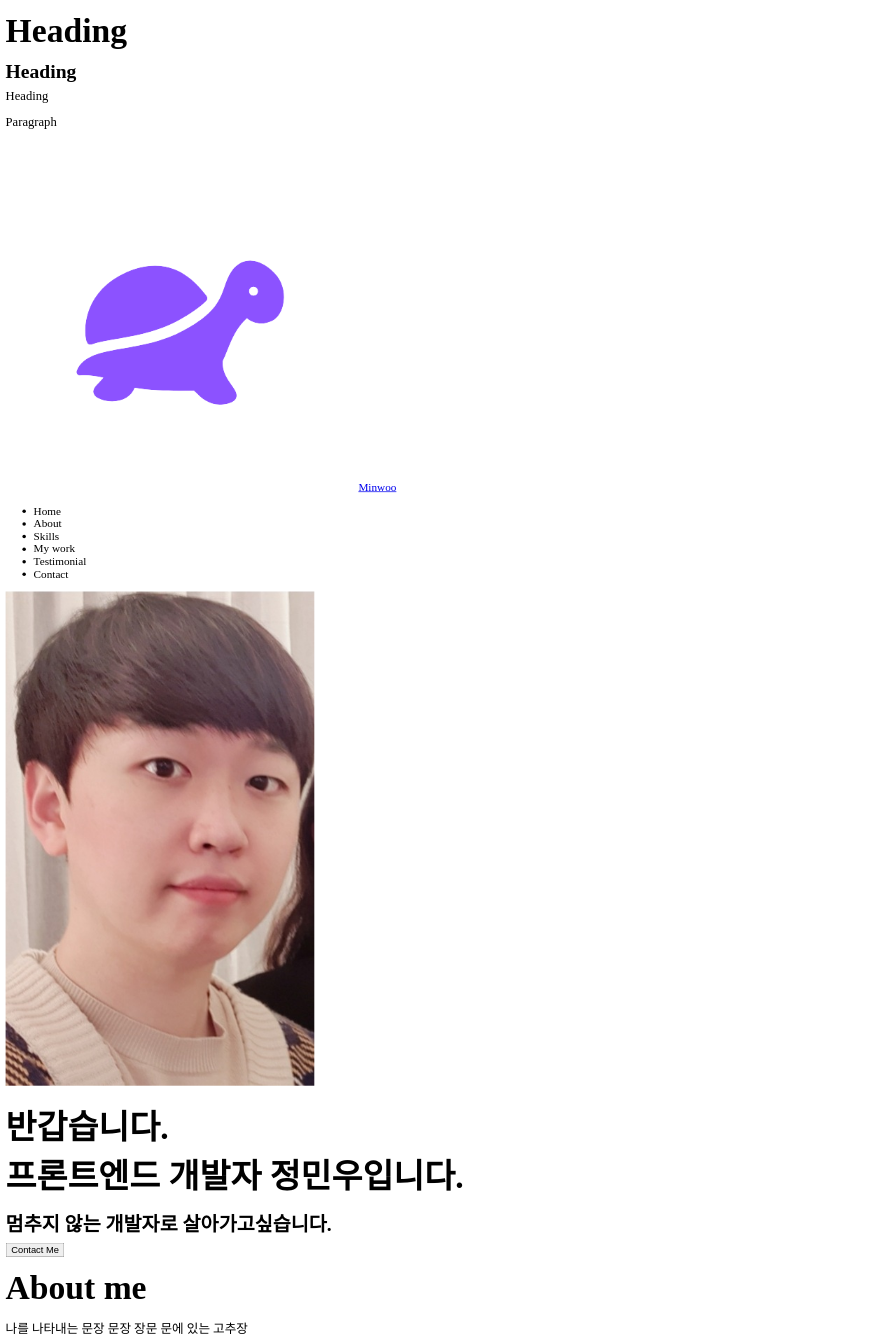
Repository: DevMinwoo-Jung/MinwooPortfolio
Page: index.html
An editor plug-in stored every save of this project. The page is shown before and after the next save, followed by the edit.
The browser window is 1280 px wide. The pictures show the part of the page from y = 0 to 1920 px (the page is 7248 px tall before and 7108 px after), at 70% of full size.

Above is the page before, as saved 2021-05-31 13:50:54.

### index.html
<!DOCTYPE html>
<html lang="en">
<head>
  <meta charset="UTF-8">
  <meta http-equiv="X-UA-Compatible" content="IE=edge">
  <meta name="viewport" content="width=device-width, initial-scale=1.0">
  <title>Minwoo's Portfolio</title>
  <meta name="description" content="(will be) world-renowned Front-End Web developer Minwoo">
  <meta name="author" content= "Minwoo Jung">
  <link rel="icon" type ="image/png" href="imgs/favicon.png">
  <link rel="stylesheet" href="https://use.fontawesome.com/releases/v5.15.3/css/all.css" integrity="sha384-SZXxX4whJ79/gErwcOYf+zWLeJdY/qpuqC4cAa9rOGUstPomtqpuNWT9wdPEn2fk" crossorigin="anonymous">
  <link rel="preconnect" href="https://fonts.gstatic.com">
<link href="https://fonts.googleapis.com/css2?family=Open+Sans:wght@400;600;700&display=swap" rel="stylesheet">
<link rel="stylesheet" href="style.css">
<script src="main.js" defer></script>
</head>
<body>
  <h1>Heading</h1>
  <h2>Heading</h2>
  <h3>Heading</h3>
  <p>Paragraph</p>
  <!-- Navbar -->
  <nav id="navbar">
    <div class="navbar__logo">
      <img src="imgs/favicon.png" alt="">
      <a href="#">Minwoo</a>
    </div>
      <ul class="nvabar__menu">
        <li class="navbar__menu__item">Home</li>
        <li class="navbar__menu__item">About</li>
        <li class="navbar__menu__item">Skills</li>
        <li class="navbar__menu__item">My work</li>
        <li class="navbar__menu__item">Testimonial</li>
        <li class="navbar__menu__item">Contact</li>
      </ul>
  </nav>
  <!-- Home -->
  <section id="home">
    <img src="imgs/myPhoto.jpg" alt="Minwoo's profile photo" class="home__avatar">
    <h1 class="home__title">반갑습니다. <br> 프론트엔드 개발자 정민우입니다.</h1>
    <h2 class="home__description">멈추지 않는 개발자로 살아가고싶습니다.</h2>
    <button class="home__contact">Contact Me</button>
  </section>
  <!-- About -->
  <section id="about">
    <h1>About me</h1>
    <p>나를 나타내는 문장 문장 장문 문에 있는 고추장</p>
    <div class="about__majors">
      <div class="major">
        <div class="major__icon">
          <i class="fab fa-js-square"></i>
        </div>
        <div class="major__title">Front-End</div>
        <div class="major__description">
          HTML, CSS, JavaScript, TypeScript
        </div>
      </div>
      <div class="major">
        <div class="major__icon">
          <i class="fab fa-node"></i>
        </div>
        <div class="major__title">Back-End</div>
        <div class="major__description">
          HTML, CSS, JavaScript, TypeScript
        </div>
      </div>
      <div class="major">
        <div class="major__icon">
          <i class="fab fa-react"></i>
        </div>
        <div class="major__title">Framework</div>
        <div class="major__description">
          HTML, CSS, JavaScript, TypeScript
        </div>
      </div>
    </div>
    <div class="aoubt__jobs">
      <img src="imgs/school.png" alt="" class="job__logo">
      <p class="job__period">쌍용교육센터 - 2019.09 ~ 2020.04</p>
      <img src="imgs/school.png" alt="" class="job__logo">
      <p class="job__period">호서대학교 - 2012.02 ~ 2017.02</p>
    </div>



  </section>
  <!-- Skills -->
  <section id="skills">
    <h1>Skills</h1>
    <h2>Skills & Attributes</h2>
    <p>
      나를 잘 포장할 말을 쓰면 된다
    </p>
    <div class="skillset">
      <div class="skillset__left">
        <h3 class="skillset__title">Skills</h3>
        <div class="skill">
          <div class="skill__description">
            <span>HTML</span>
            <span>90%</span>
          </div>
          <div class="skill__bar">
            <div class="skill__value"></div>
          </div>
        </div>
        <div class="skill">
          <div class="skill__description">
            <span>JavaScript</span>
            <span>90%</span>
          </div>
          <div class="skill__bar">
            <div class="skill__value"></div>
          </div>
        </div>
        <div class="skill">
          <div class="skill__description">
            <span>CSS</span>
            <span>90%</span>
          </div>
          <div class="skill__bar">
            <div class="skill__value"></div>
          </div>
        </div>
        <div class="skill">
          <div class="skill__description">
            <span>TypeScript</span>
            <span>90%</span>
          </div>
          <div class="skill__bar">
            <div class="skill__value"></div>
          </div>
        </div>
        <div class="skill">
          <div class="skill__description">
            <span>NodeJs</span>
            <span>90%</span>
          </div>
          <div class="skill__bar">
            <div class="skill__value"></div>
          </div>
        </div>
      </div>
      <div class="skillset__right">
        <div class="tools">
          <h3 class="skillset__title">Tools</h3>
          <ul class="tools__list">
            <li><span>Visual Studio Code</span></li>
            <li><span>1</span></li>
            <li><span>2</span></li>
            <li><span>3</span></li>
            <li><span>4</span></li>
          </ul>
        </div>
        <div class="etc">
          <h3 class="skillset__title">Etc</h3>
          <ul class="etc__list">
            <li><span>Git</span></li>
            <li><span>Etc</span></li>
          </ul>
        </div>
      </div>
    </div>
  </section>
  <!-- Work -->
  <section id="work">
    <h1>My work</h1>
    <h3>Projects</h3>
    <div class="work__categories">
      <button class="category__btn">All <span class="category__count">8</span></button>
      <button class="category__btn">Front-End <span class="category__count">3</span></button>
      <button class="category__btn">React <span class="category__count">2</span></button>
      <button class="category__btn">vanilaJs <span class="category__count">2</span></button>
      <button class="category__btn">nodeJs <span class="category__count">1</span></button>
    </div>
    <div class="wrok__projects">
      <a href="mygithub" class="project__img" target="blank" data-type="back-end">
      <img src="imgs/favicon.png" alt="project1">
      <!-- 이미지 추후에 넣자 -->
      <div class="project__description">
        <h3>Proejct</h3>
        <span>Clone coding with HTML and CSS</span>
      </div>
      </a>
      <a href="mygithub" class="project__img" target="blank" data-type="back-end">
        <img src="imgs/favicon.png" alt="project1">
        <!-- 이미지 추후에 넣자 -->
        <div class="project__description">
          <h3>Proejct</h3>
          <span>Clone coding with HTML and CSS</span>
        </div>
        </a>
        <a href="mygithub" class="project__img" target="blank" data-type="back-end">
          <img src="imgs/favicon.png" alt="project1">
          <!-- 이미지 추후에 넣자 -->
          <div class="project__description">
            <h3>Proejct</h3>
            <span>Clone coding with HTML and CSS</span>
          </div>
          </a>
          <a href="mygithub" class="project__img" target="blank" data-type="back-end">
            <img src="imgs/favicon.png" alt="project1">
            <!-- 이미지 추후에 넣자 -->
            <div class="project__description">
              <h3>Proejct</h3>
              <span>Clone coding with HTML and CSS</span>
            </div>
            </a>
    </div>
  </section>
  <!-- Testimonials -->
  <section id="testimonials">
    <h1>Testmonials</h1>
    <h3>See what they say about me</h3>
    <div class="testmonials">
      <div class="testimonial">
        <img src="imgs/testimonail/people.jpg" alt="" class="testimonial__avatar">
        <div class="testimonail__speech-bubble">
          <p>qmffkqmffk</p>
          <p class="name"><a href="">이름</a>일한곳</p>
        </div>
      </div>
      <div class="testimonial">
        <img src="imgs/testimonail/people.jpg" alt="" class="testimonial__avatar">
        <div class="testimonail__speech-bubble">
          <p>qmffkqmffk</p>
          <p class="name"><a href="">이름</a>일한곳</p>
        </div>
      </div>
    </div>
  </section>
  <!-- Contact -->
  <section id="contact">
    <h1 class="contact__title">Let's talk</h1>
    <h2 class="contact__email">applejung312@gmail.com</h2>
    <div class="contact__links">
      <a href="https://github.com/DevMinwoo-Jung" target="_blank">
        <i class="fab fa-github"></i>
      </a>
      <a href="https://dev-minwoo.tistory.com/" target="_blank">
        <i class="fas fa-blog"></i>
      </a>
    </div>
    <p class="contact__right">
      2021 Minwoo Jung - All rights reseverd
    </p>
  </section>
</body>
</html>

### style.css
/* Global */
:root {
  /* Color */
  --color-white: #ffffff;
  --color-light-white: #eeeeee;
  --color-dark-white: #bdbdbd;
  --color-pink: #fe918d;
  --color-dark-pink: #ff6863;
  --color-dark-grey: #4d4d4d;
  --color-grey: #616161;
  --color-light-grey: #7c7979;
  --color-blue: #73aace;
  --color-yellow: #fff7d1;
  --color-orange: #feb546;
  --color-black: #000000;

  /* Font size */
  --font-large: 48px;
  --font-medium: 28px;
  --font-regular: 18px;
  --font-small: 16px;
  --font-micro: 14px;

  /* Font weight */
  --weight-bold: 700;
  --weight-semi-bold: 600;
  --weight-regular: 400;

  /* Size */
}

/* Universal tags */
* {
  box-sizing: border-box;
}

/* Typography */
h1 {
  font-size: var(--font-large);
  font-weight: var(--weight-bold);
  color: var(--color-black);
  margin: 16px 0px;
}

h2 {
  font-size: var(--font-medium);
  font-weight: var(--weight-semi-bold);
  color: var(--color-black);
  margin: 8px 0;
}

h3 {
  font-size: var(--font-regular);
  font-weight: var(--weight-regular);
  color: var(--color-black);
  margin: 8px 0;
}

p {
  font-size: var(--font-regular);
  font-weight: var(--weight-regular);
  color: var(--color-black);
  margin: 16px 0;
}

Loaded but not shown: main.js (no copy from this time; the picture is the same without it)

After the next save:
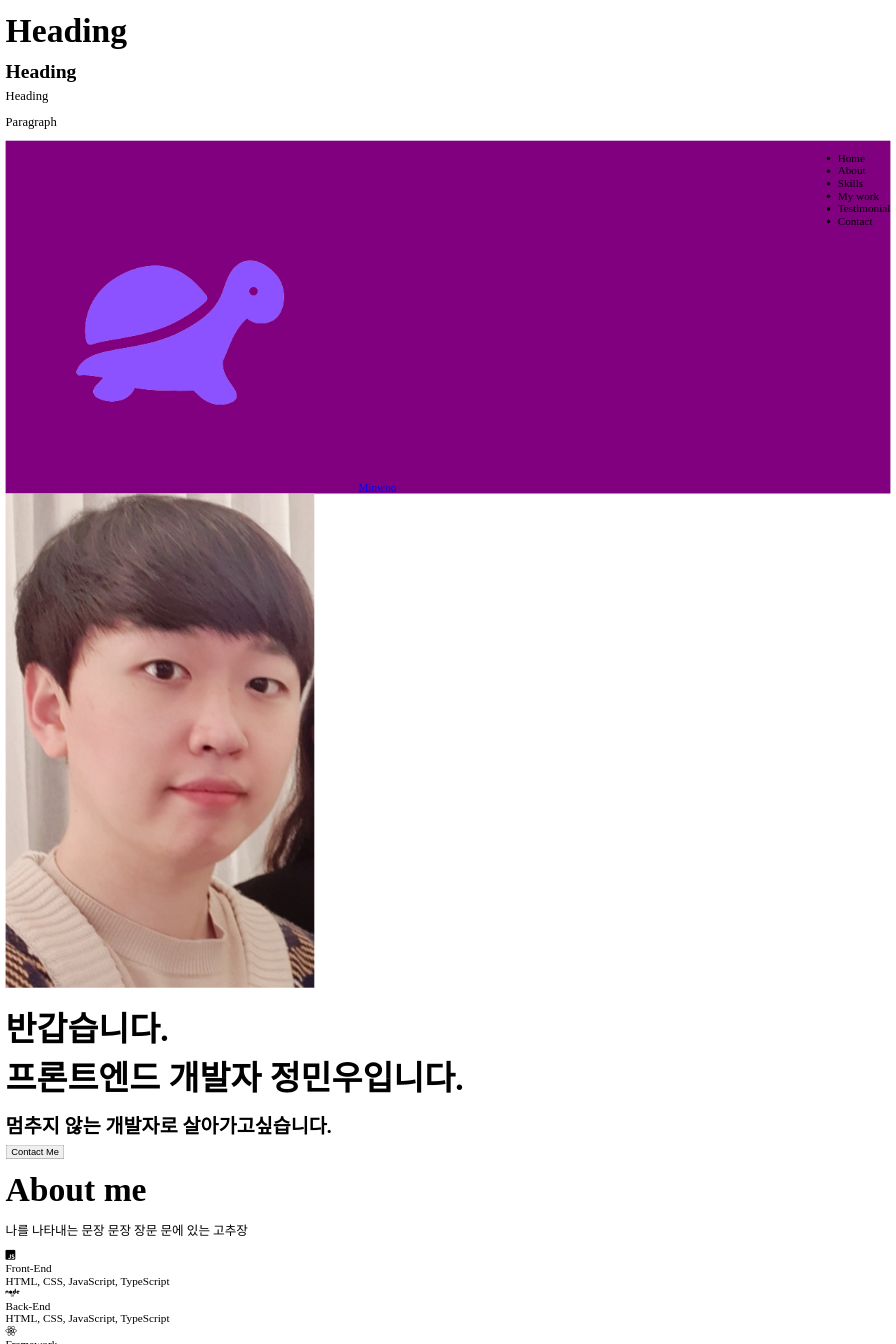
Saved 6 min 59 s later.
--- a/style.css
+++ b/style.css
@@ -62,3 +62,10 @@ p {
   color: var(--color-black);
   margin: 16px 0;
 }
+
+/* Navbar */
+#navbar {
+  display: flex;
+  justify-content: space-between;
+  background-color: purple;
+}
